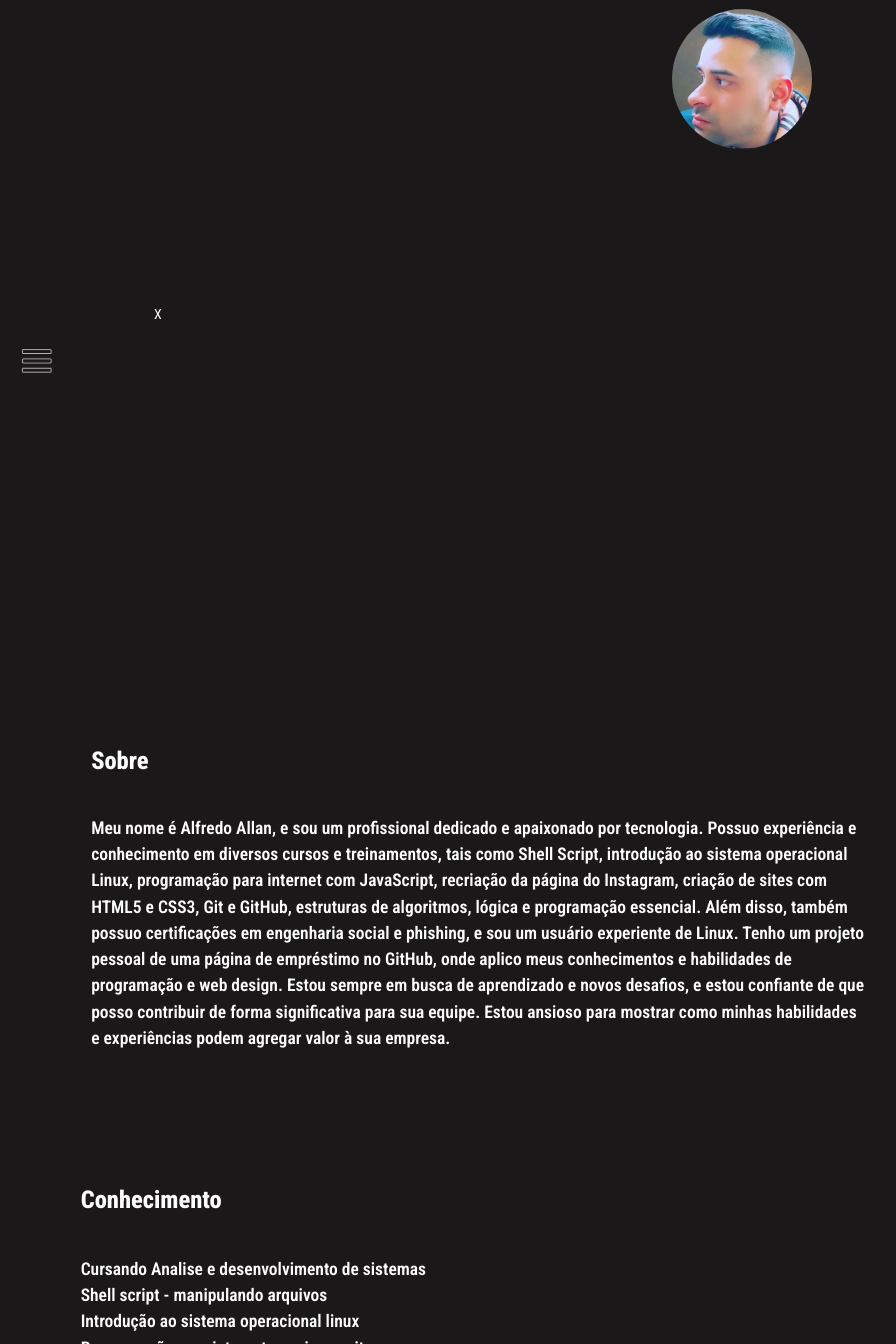
Repository: alfredo-allan/Portfolio
Page: index.html
The author's editor kept a copy of each file at every save. The page is drawn from the files as they stood at one save, then again after a run of saves.
The browser window is 1280 px wide. The pictures show the part of the page from y = 0 to 1920 px (the page is 5283 px tall before and 5307 px after), at 70% of full size.

Above is the page before, as saved 2024-05-30 12:14:53.

After the next 2 saves:
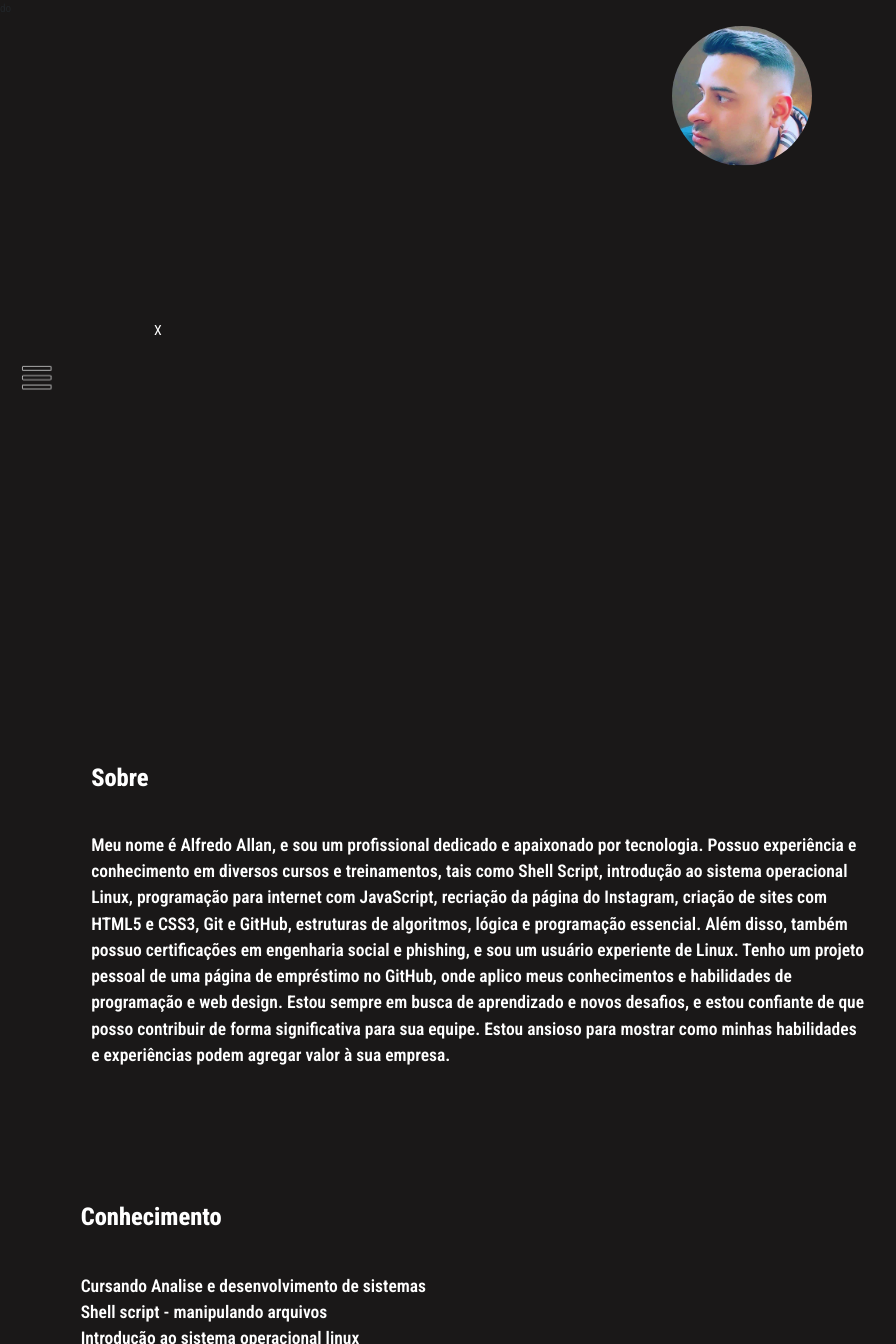
The 2 saves are shown as one change because they came seconds apart.
The last was saved 25 s later.
--- a/index.html
+++ b/index.html
@@ -16,6 +16,7 @@
     />
 
     <title>Portfolio</title>
+    do
     <div class="foto-perfil">
       <img src="./src/assets/images/foto-perfil.jpeg" alt="Minha Foto" />
     </div>

After the 3 saves that followed:
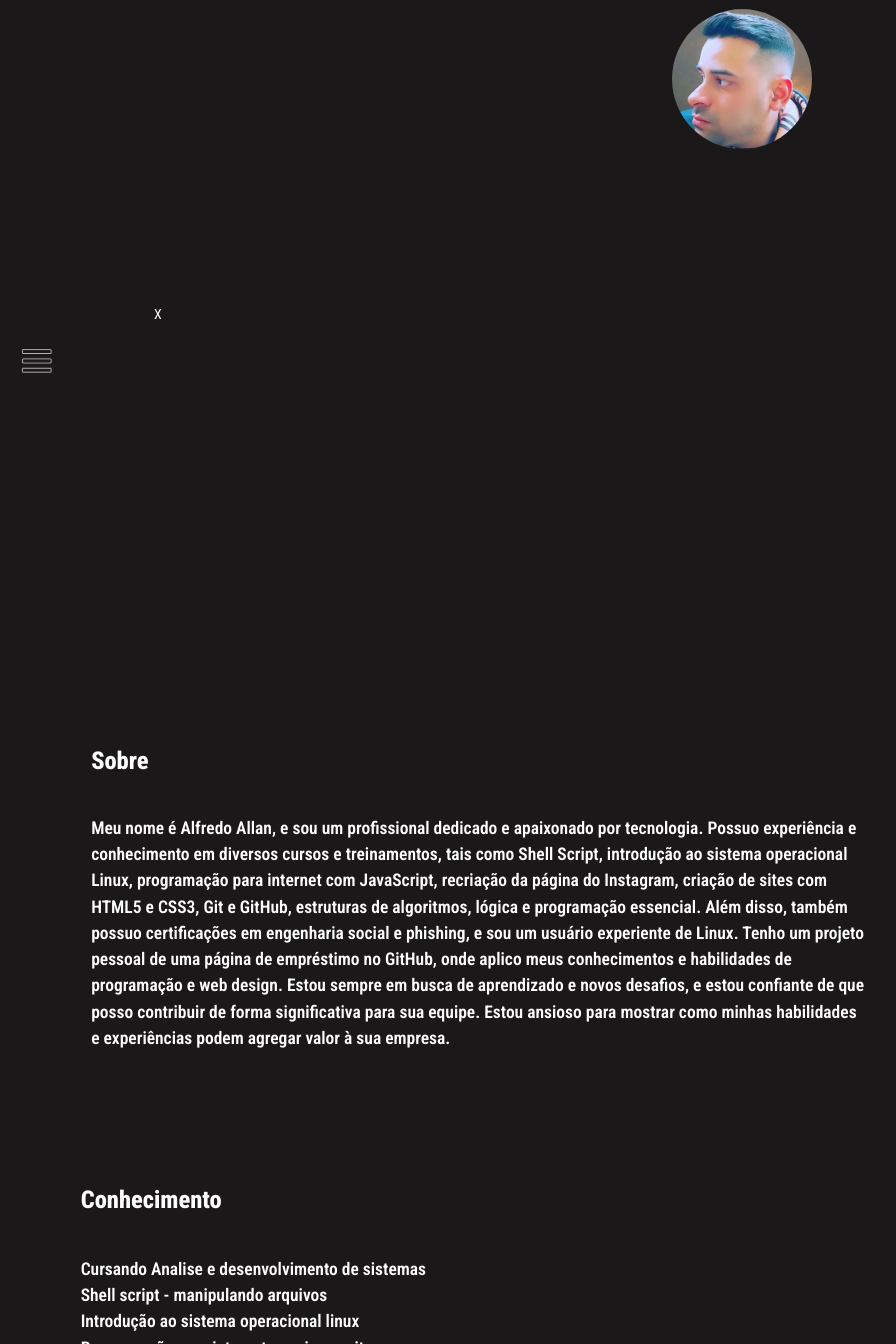
The 3 saves are shown as one change because they came seconds apart.
The last was saved 10 s later.
--- a/index.html
+++ b/index.html
@@ -16,7 +16,7 @@
     />
 
     <title>Portfolio</title>
-    do
+    <body>
     <div class="foto-perfil">
       <img src="./src/assets/images/foto-perfil.jpeg" alt="Minha Foto" />
     </div>
